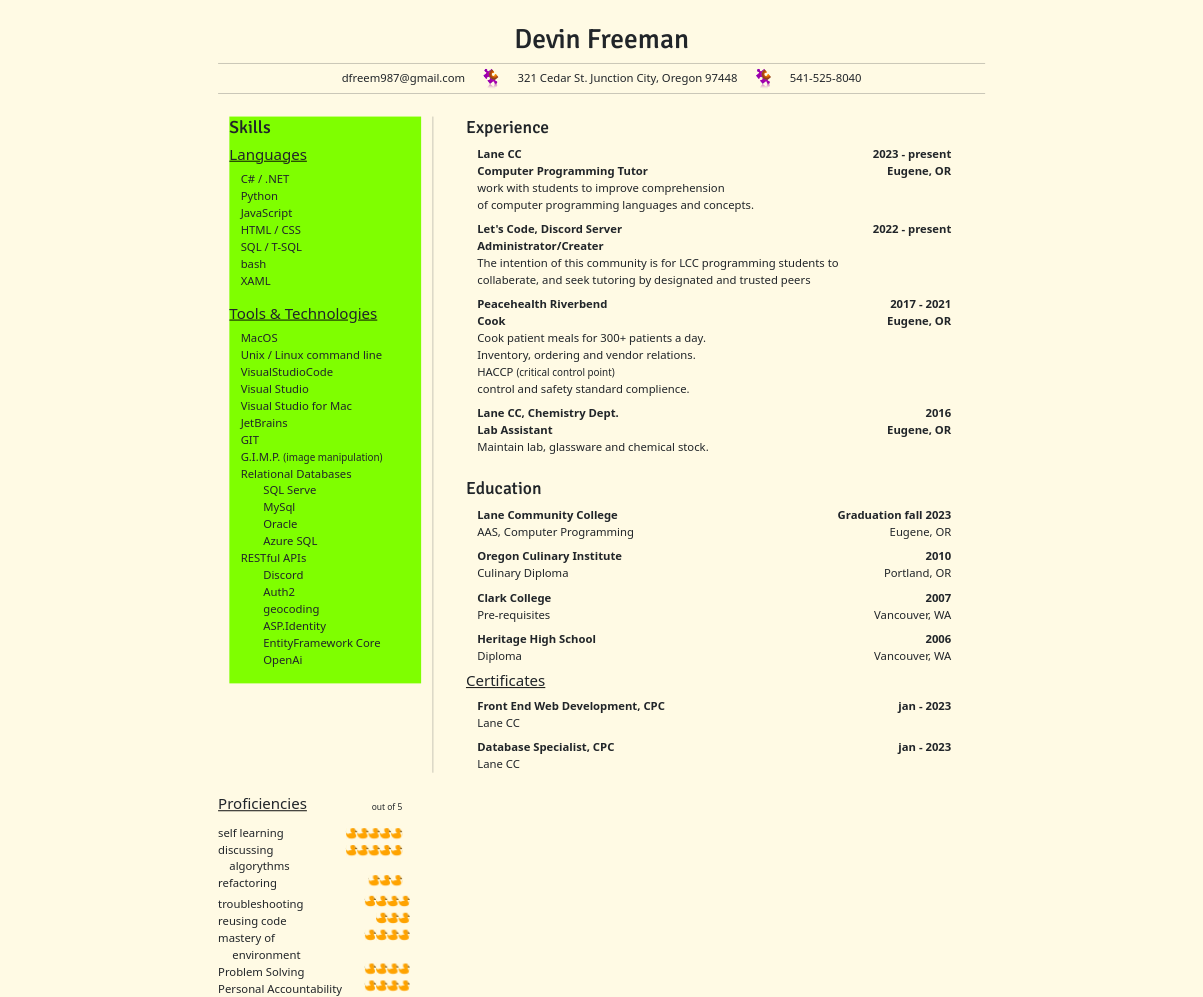
Repository: Dfreem/Resume
Page: index.html
An editor plug-in stored every save of this project. The page is shown before and after the next save, followed by the edit.
The browser window is 1280 px wide. The pictures show the whole page, at 94% of full size.

Above is the page before, as saved 2023-02-13 12:36:49.

After the next save:
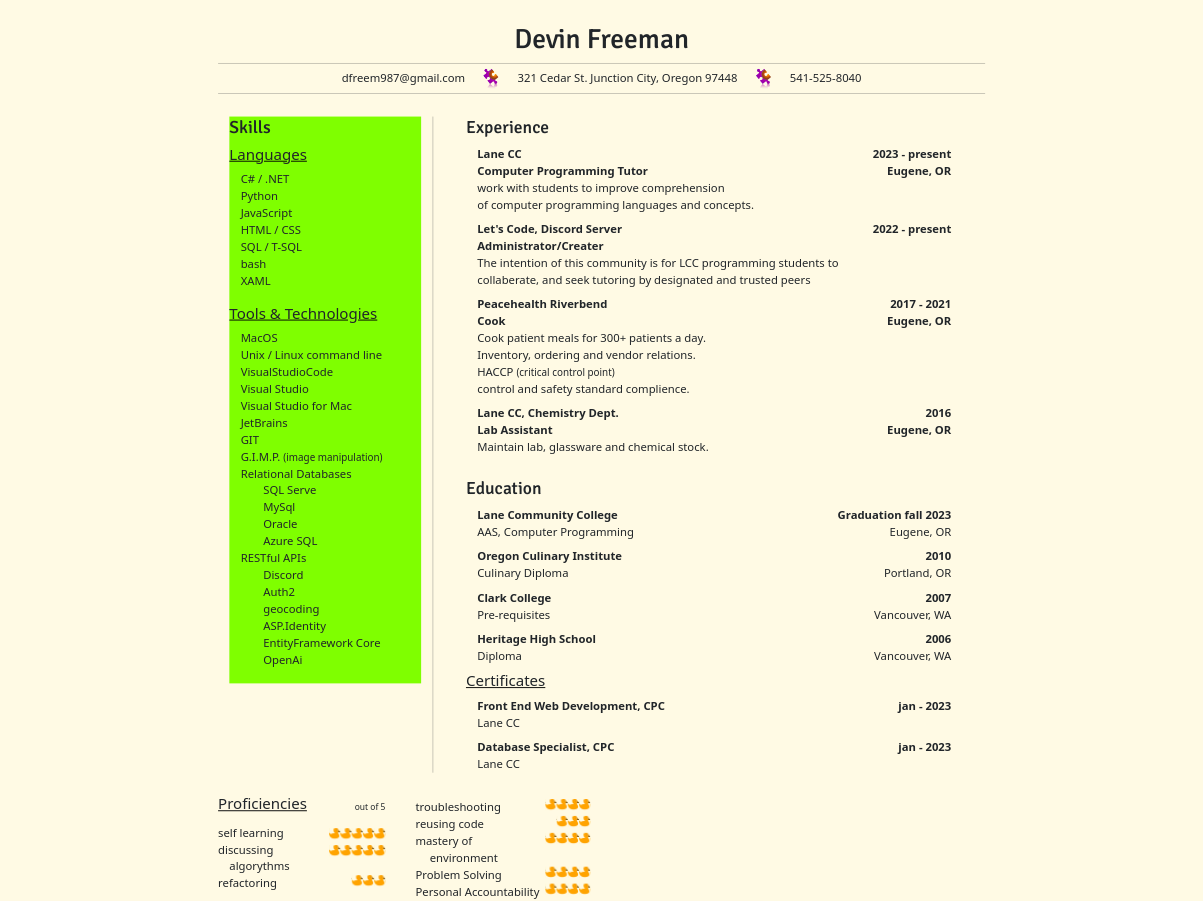
Saved 102 s later.
--- a/index.html
+++ b/index.html
@@ -322,49 +322,49 @@
         </div>
         </dl>
     </div>
-    <div class="col-3">
-        <div class="d-flex flex-row flex-nowrap">
-            <h3>Proficiencies</h3>
-
-            <div class="push-right me-2">
-                <sub>out of 5</sub>
+    <div class="row">
+        <div class="col-3">
+            <div class="d-flex flex-row flex-nowrap">
+                <h3>Proficiencies</h3>
+
+                <div class="push-right me-2">
+                    <sub>out of 5</sub>
+                </div>
+
             </div>
-
+            <ul class="profs me-2">
+                <li class="d-flex flex-row flex-nowrap">
+                    self learning<div class="push-right five"></div>
+                </li>
+                <li class="d-flex flex-row flex-nowrap">
+                    discussing <br />&emsp;algorythms<div class="push-right five"></div>
+                </li>
+                <li class="d-flex flex-row flex-nowrap">
+                    refactoring<div class="push-right three"></div>
+                </li>
+            </ul>
         </div>
-        <ul class="profs me-2">
-            <li class="d-flex flex-row flex-nowrap">
-                self learning<div class="push-right five"></div>
-            </li>
-            <li class="d-flex flex-row flex-nowrap">
-                discussing <br />&emsp;algorythms<div class="push-right five"></div>
-            </li>
-            <li class="d-flex flex-row flex-nowrap">
-                refactoring<div class="push-right three"></div>
-            </li>
-        </ul>
+        <div class="col-3">
+            <ul <ul class="profs me-2"></ul>
+            <li class="d-flex flex-row flex-nowrap">
+                troubleshooting<div class="push-right four"></div>
+            </li>
+            <li class="d-flex flex-row flex-nowrap">
+                reusing code<div class="push-right three"></div>
+            </li>
+            <li class="d-flex flex-row flex-nowrap">
+                mastery of <br />&emsp; environment<div class="push-right four">
+                </div>
+            </li>
+            <li class="d-flex flex-row flex-nowrap">
+                Problem Solving<div class="push-right four"></div>
+            </li>
+            <li class="d-flex flex-row flex-nowrap">
+                Personal Accountability<div class="push-right four"></div>
+            </li>
+            </ul>
+        </div>
     </div>
-    <div class="col-3">
-        <ul <ul class="profs me-2"></ul>
-            <li class="d-flex flex-row flex-nowrap">
-                troubleshooting<div class="push-right four"></div>
-            </li>
-            <li class="d-flex flex-row flex-nowrap">
-                reusing code<div class="push-right three"></div>
-            </li>
-            <li class="d-flex flex-row flex-nowrap">
-                mastery of <br />&emsp; environment<div class="push-right four">
-                </div>
-            </li>
-            <li class="d-flex flex-row flex-nowrap">
-                Problem Solving<div class="push-right four"></div>
-            </li>
-            <li class="d-flex flex-row flex-nowrap">
-                Personal Accountability<div class="push-right four"></div>
-            </li>
-        </ul>
-    </div>
-    </div>
-    </dl>
 
 </body>
 <script src="https://cdn.jsdelivr.net/npm/bootstrap@5.3.0-alpha1/dist/js/bootstrap.bundle.min.js"
